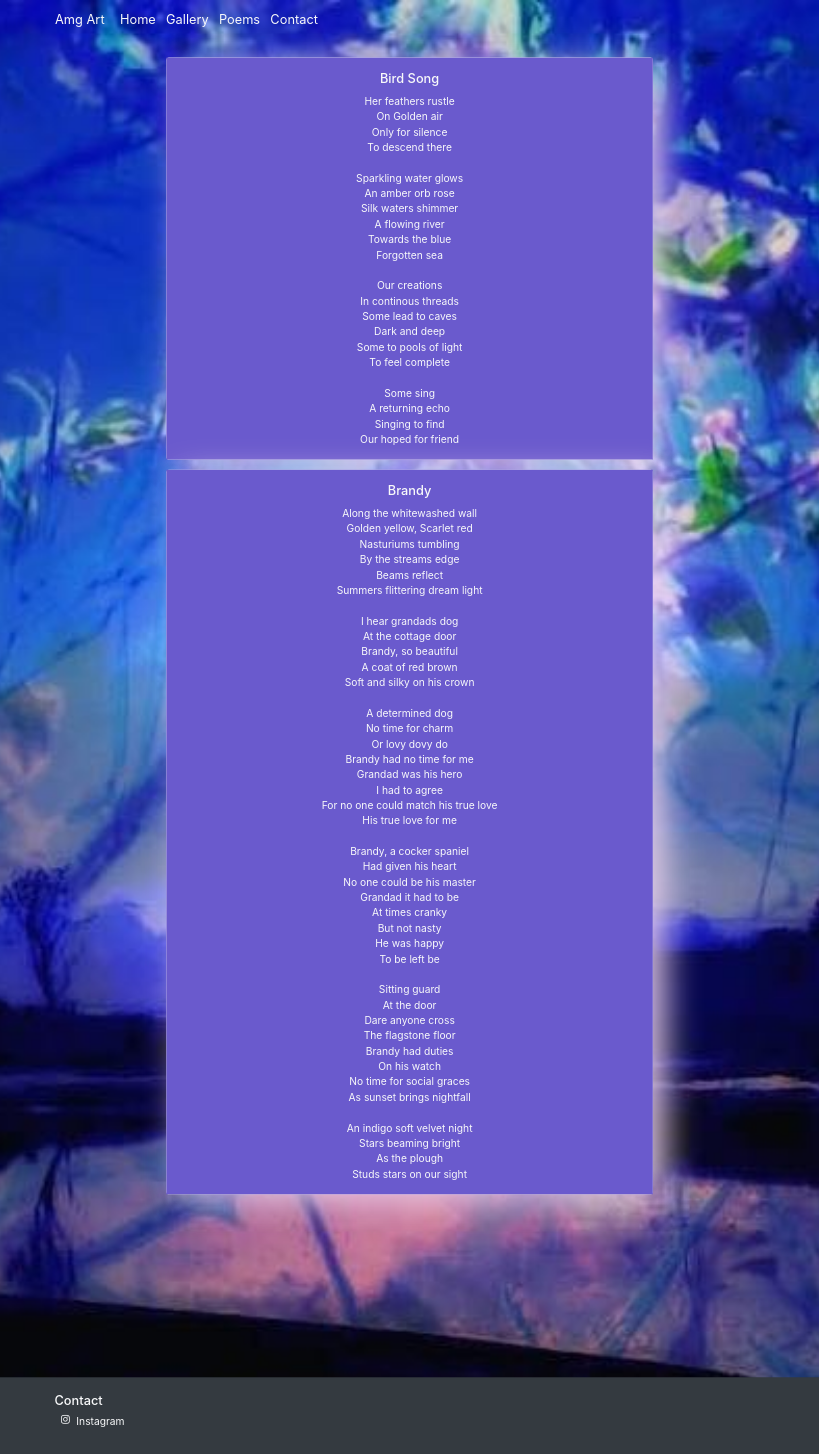
Repository: AllenGleeson/AmgArtGallery
Page: poems.html
The author's editor kept a record of every edit. The page is drawn from the files as they stood at one moment, then again after the next edit.
The browser window is 1280 px wide. The pictures show the whole page, at 64% of full size.

Above is the page before.

After the next edit:
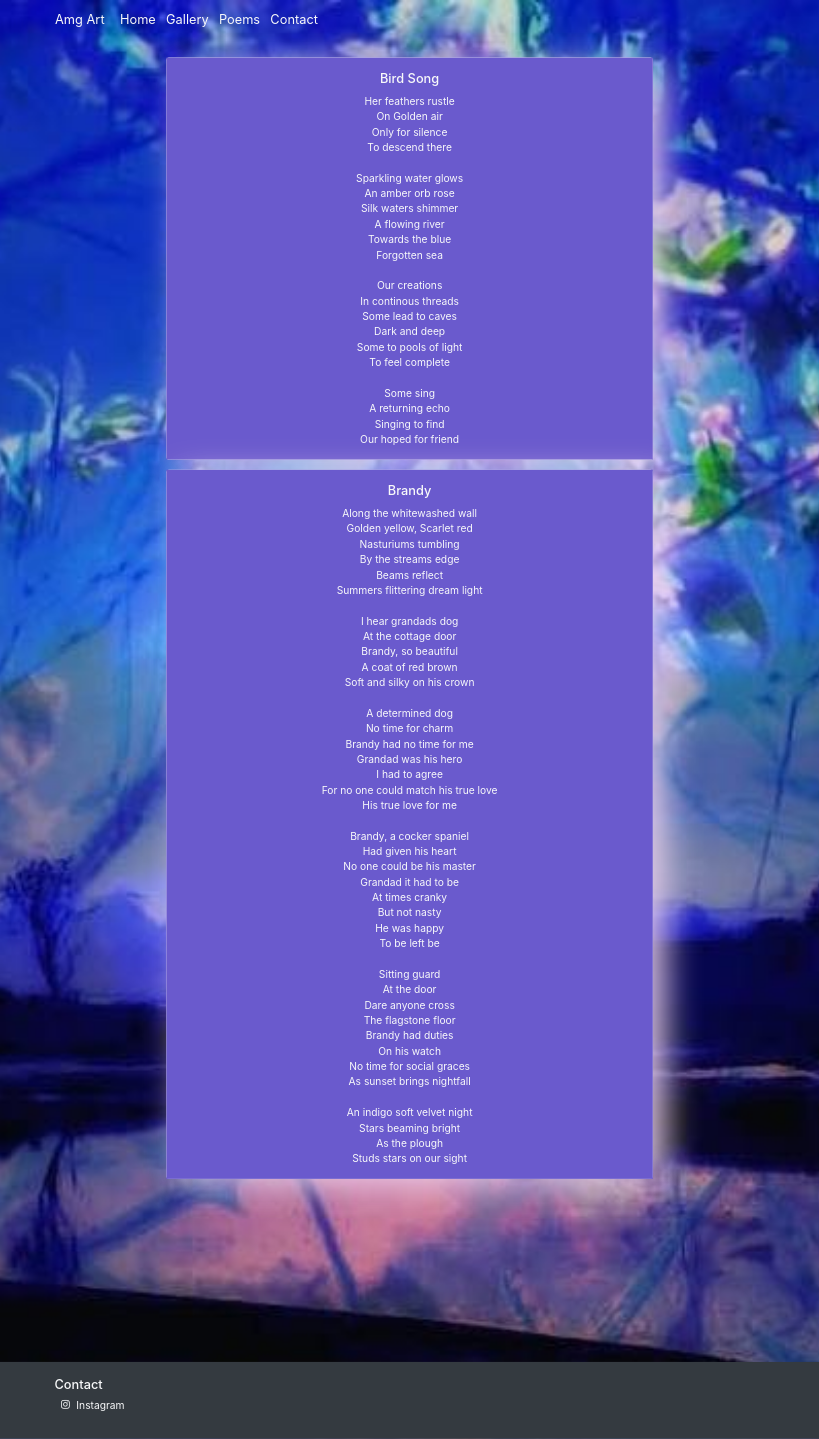
The edit:
--- a/poems.html
+++ b/poems.html
@@ -82,7 +82,6 @@
                         <br>
                         A determined dog<br>
                         No time for charm<br>
-                        Or lovy dovy do<br>
                         Brandy had no time for me<br>
                         Grandad was his hero<br>
                         I had to agree<br>
